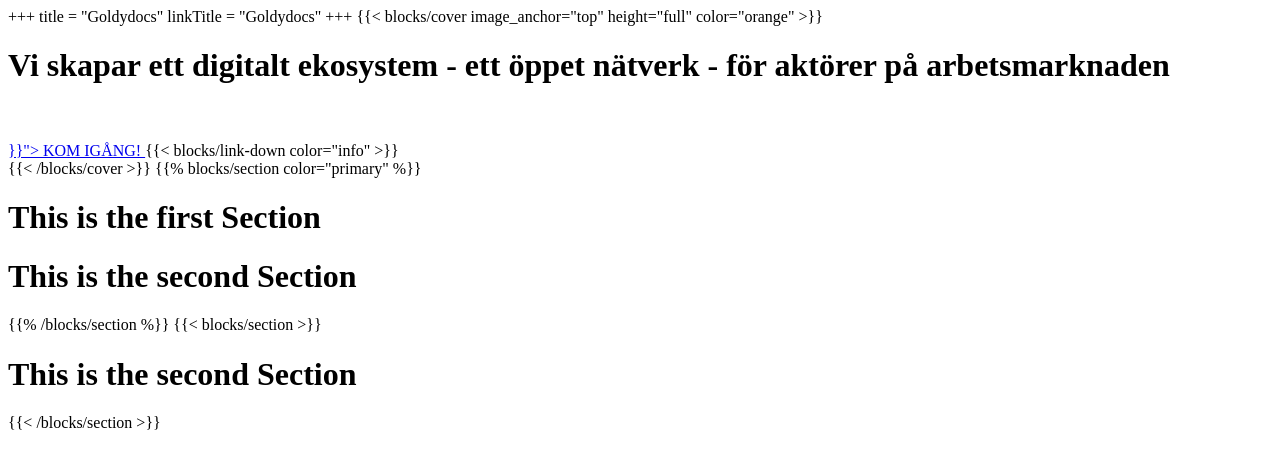
Repository: rudasn/docsy-cms-netlify
Page: content/sv/_index.html
These files come from the project's save history. The page is drawn as it stood at one moment and after the next save; the edit follows.
The browser window is 1280 px wide. The pictures show the whole page.

Above is the page before, as saved 2021-05-07 08:20:04.

### content/sv/_index.html
+++
title = "Goldydocs"
linkTitle = "Goldydocs"

+++

{{< blocks/cover  image_anchor="top" height="full" color="orange" >}}
<h1>Vi skapar ett digitalt ekosystem - ett öppet nätverk - för aktörer
	på arbetsmarknaden
</h1>
<br><br>
<div class="mx-auto">
	<a class="button -lg btn-white mr-3 mb-4" href="{{< relref "/docs" >}}">
		KOM IGÅNG! <i class="fas fa-arrow-alt-circle-right ml-2"></i>
	</a>

	{{< blocks/link-down color="info" >}}
</div>
{{< /blocks/cover >}}


{{% blocks/section color="primary" %}}
<div class="col-8">
	<h1 class="text-left">This is the first Section</h1>
</div>

<div class="col-4">
	<h1 class="text-right">This is the second Section</h1>

</div>
{{% /blocks/section %}}

<!--
{{< blocks/section color="dark" >}}
{{% blocks/feature icon="fa-lightbulb" title="New chair metrics!" %}}
The Goldydocs UI now shows chair size metrics by default.

Please follow this space for updates!
{{% /blocks/feature %}}


{{% blocks/feature icon="fab fa-github" title="Contributions welcome!" url="https://github.com/google/docsy-example" %}}
We do a [Pull Request](https://github.com/google/docsy-example/pulls) contributions workflow on **GitHub**. New users are always welcome!
{{% /blocks/feature %}}


{{% blocks/feature icon="fab fa-twitter" title="Follow us on Twitter!" url="https://twitter.com/docsydocs" %}}
For announcement of latest features etc.
{{% /blocks/feature %}}


{{< /blocks/section >}}
-->

{{< blocks/section >}}
<div class="col">
<h1 class="text-center">This is the second Section</h1>
</div>

{{< /blocks/section >}}


<!--
{{< blocks/section >}}
{{% blocks/feature icon="fab fa-app-store-ios" title="Download **from AppStore**" %}}
Get the Goldydocs app!
{{% /blocks/feature %}}


{{% blocks/feature icon="fab fa-github" title="Contributions welcome!" url="https://github.com/google/docsy-example" %}}
We do a [Pull Request](https://github.com/google/docsy-example/pulls) contributions workflow on **GitHub**. New users are always welcome!
{{% /blocks/feature %}}


{{% blocks/feature icon="fab fa-twitter" title="Follow us on Twitter!" url="https://twitter.com/GoHugoIO" %}}
For announcement of latest features etc.
{{% /blocks/feature %}}


{{< /blocks/section >}}
-->
<!--
{{< blocks/section >}}

<div class="col-12">
<h1 class="text-center">This is another Section</h1>
</div>

{{< /blocks/section >}}
-->

After the next save:
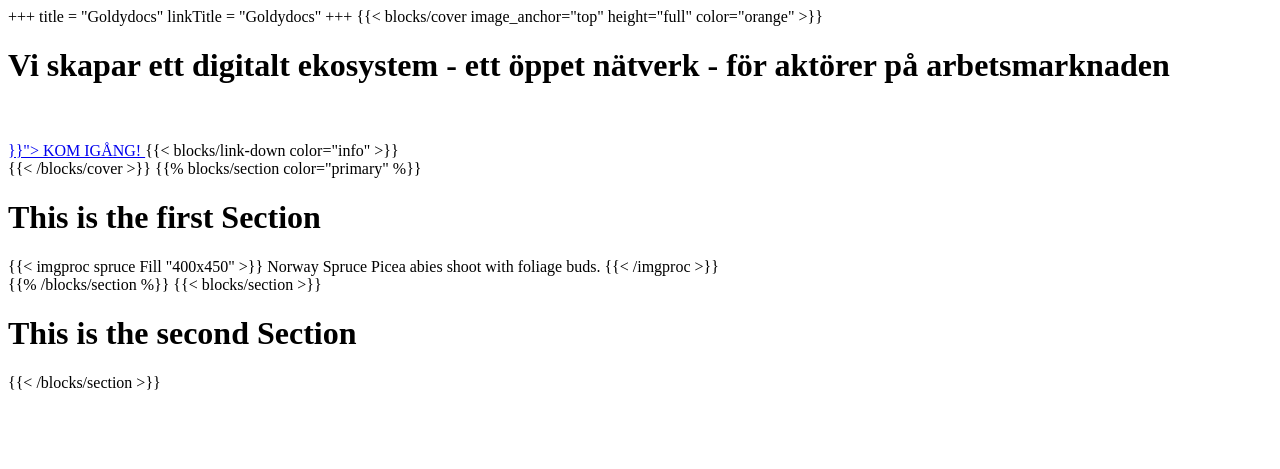
Saved 11 s later.
--- a/content/sv/_index.html
+++ b/content/sv/_index.html
@@ -25,7 +25,9 @@ linkTitle = "Goldydocs"
 </div>
 
 <div class="col-4">
-	<h1 class="text-right">This is the second Section</h1>
+	{{< imgproc spruce Fill "400x450" >}}
+	Norway Spruce Picea abies shoot with foliage buds.
+	{{< /imgproc >}}
 
 </div>
 {{% /blocks/section %}}
